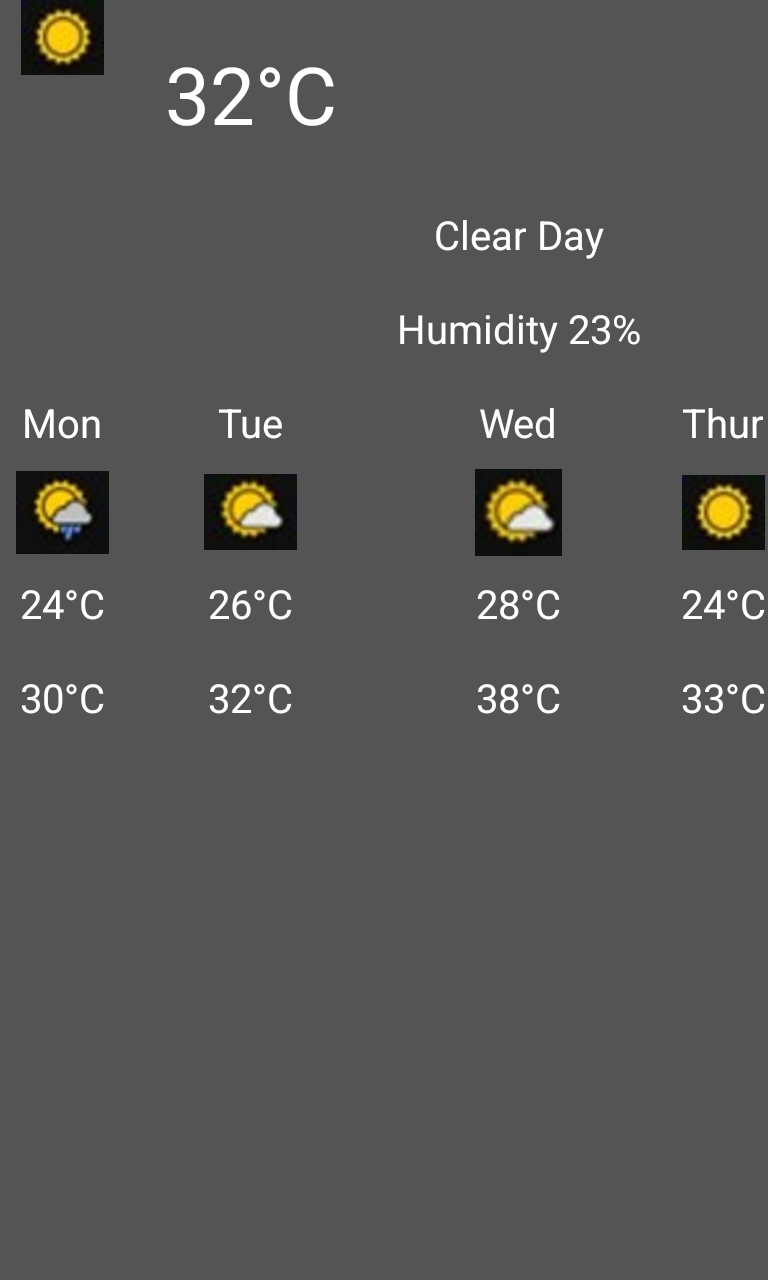
Repository: 12030121002/androideventhandling
Layout: Demo/res/layout/weather.xml
An editor plug-in stored every save of this project. The layout is shown before and after the next save, followed by the edit.
It is drawn on a 768 x 1280 px phone screen (xhdpi) without system bars, with theme AppTheme; the app's code is not run.

Above is the layout before, as saved 2014-12-08 05:13:40.

After the next save:
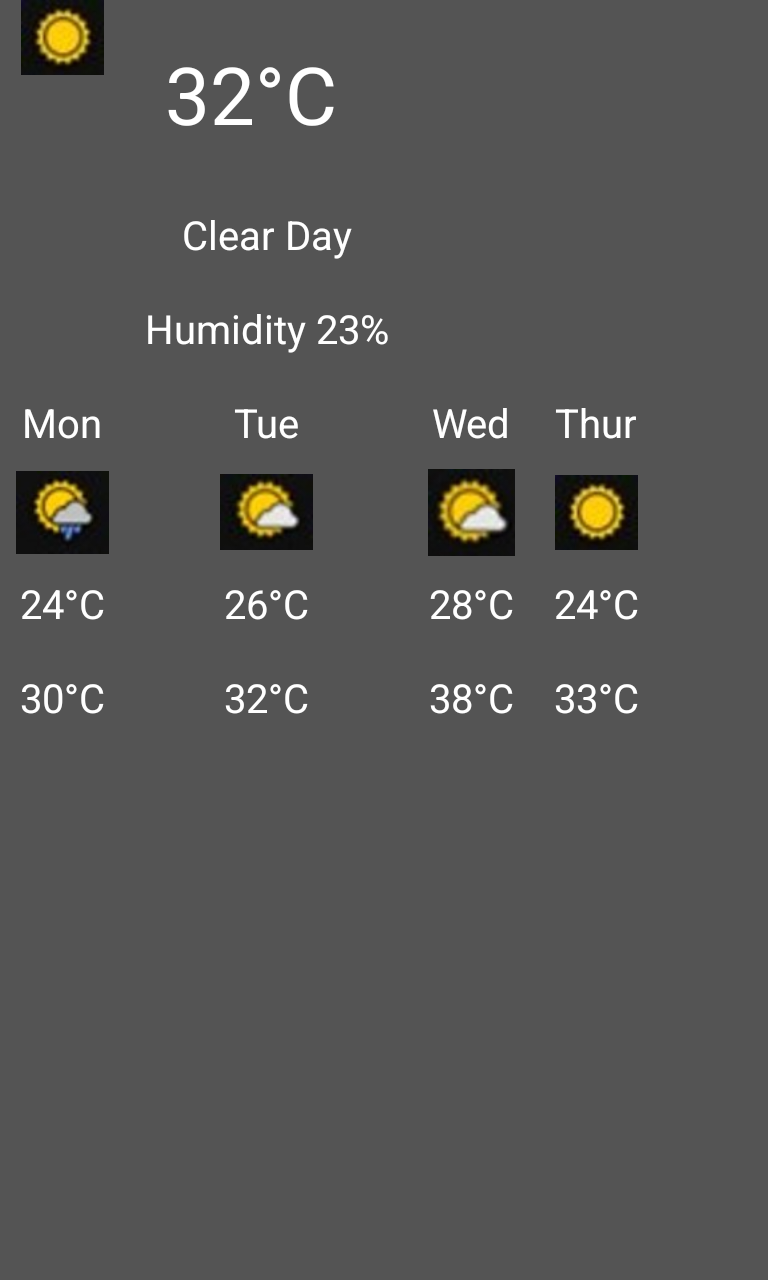
Saved 18 s later.
--- a/Demo/res/layout/weather.xml
+++ b/Demo/res/layout/weather.xml
@@ -33,7 +33,7 @@
         android:padding="10dp"
         android:textSize="20sp"
         android:layout_gravity="center"
-        android:layout_column="2"
+        android:layout_column="1"
         />
     </TableRow>
  <TableRow android:layout_width="wrap_content"
@@ -47,7 +47,7 @@
         android:padding="10dp"
         android:textSize="20sp"
         android:layout_gravity="center"
-     android:layout_column="2"/>
+     android:layout_column="1"/>
 
        </TableRow>
 
